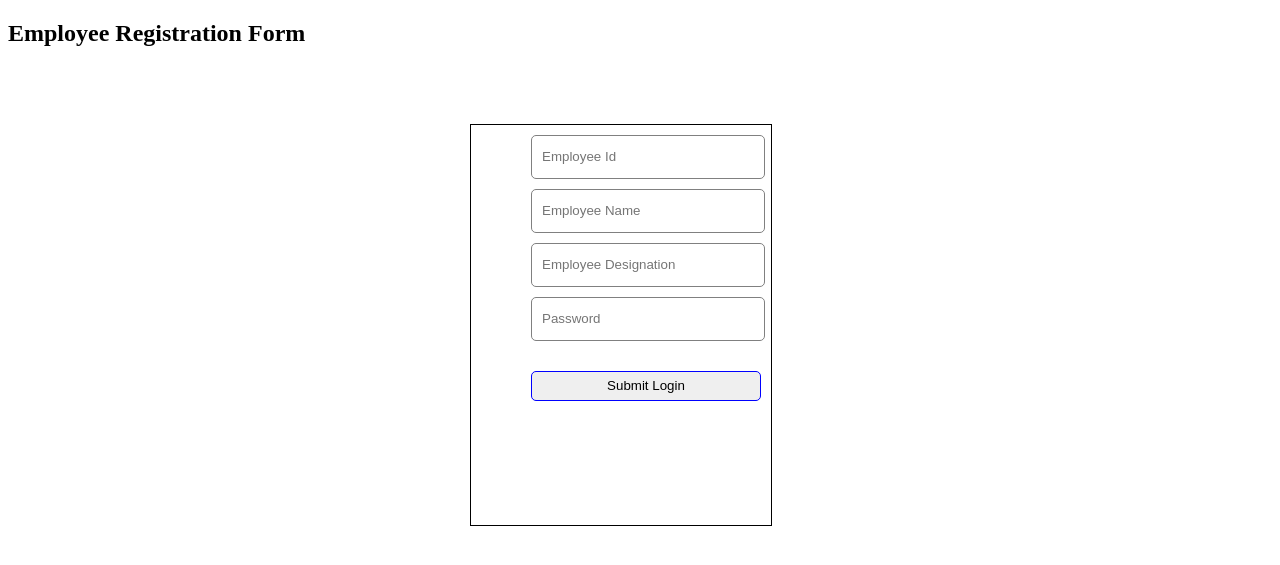
Repository: robin9533/Basic-Programs-App.
Page: GW-Genial Work Proj/GT_GenialToil/WebContent/EmployeeSignup.html
An editor plug-in stored every save of this project. The page is shown before and after the next save, followed by the edit.
The browser window is 1280 px wide. The pictures show the whole page.

Above is the page before, as saved 2019-05-10 07:16:29.

After the next save:
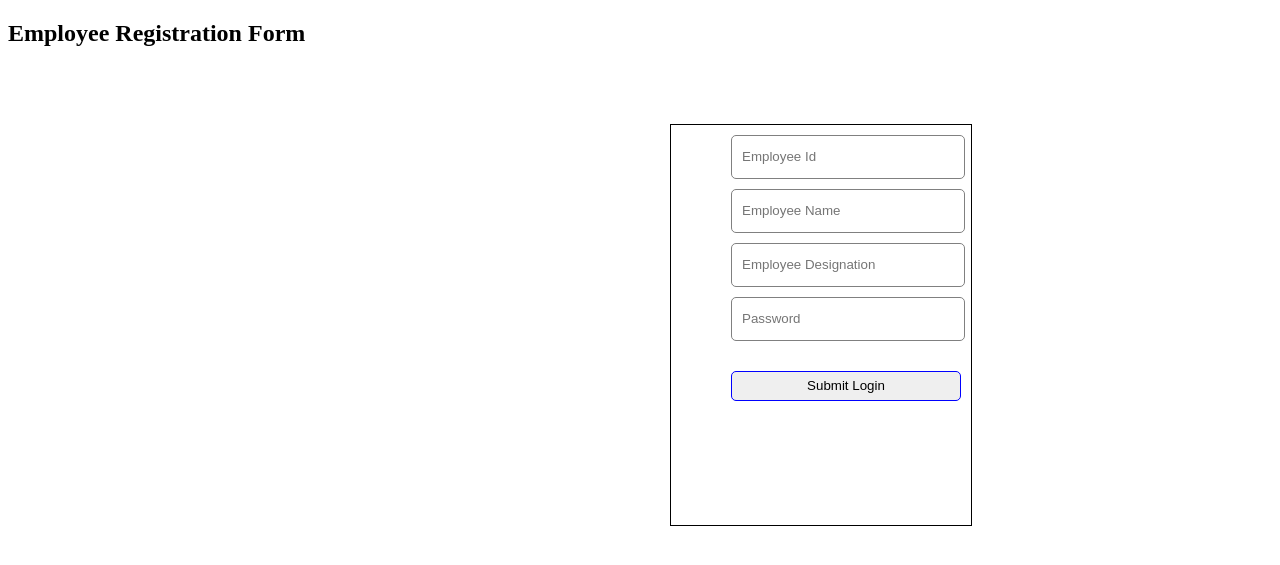
Saved 6 s later.
--- a/GW-Genial Work Proj/GT_GenialToil/WebContent/EmployeeSignup.css
+++ b/GW-Genial Work Proj/GT_GenialToil/WebContent/EmployeeSignup.css
@@ -9,7 +9,7 @@
 	float:right;
 	border:1px solid black;
 	margin-top: 30px;
-	margin-right: 500px
+	margin-right: 300px
 }
 .registrationblock input{
 	width: 220px;
